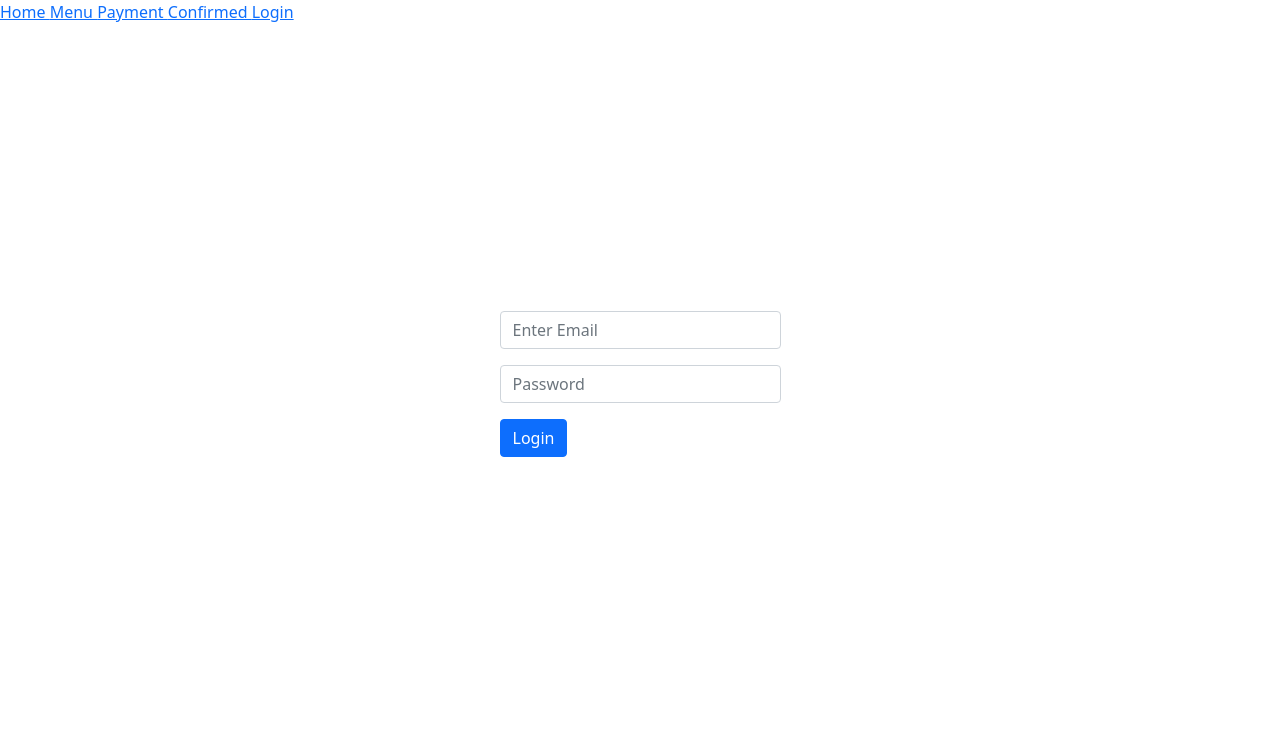
Repository: JoshuaN18/restaurantPOS
Page: /login (app in Frontend/)
The author's editor kept a copy of each file at every save. The page is drawn from the files as they stood at one save, then again after the next save.
The browser window is 1280 px wide. The pictures show the whole page.
The project was rebuilt for these pictures with package versions that can differ from the ones it lists, and the page was loaded fresh each time. Also part of the build but not shown: Frontend/src/pages/Homepage.css, Frontend/src/pages/Homepage.js, Frontend/src/pages/Menu.js, Frontend/src/pages/Payment.js, Frontend/src/pages/Confirmation.js.

Above is the page before, as saved 2022-07-30 16:21:59.

### Frontend/public/index.html
<!DOCTYPE html>
<html lang="en">
  <head>
    <meta charset="utf-8" />
    <link rel="icon" href="%PUBLIC_URL%/favicon.ico" />
    <meta name="viewport" content="width=device-width, initial-scale=1" />
    <meta name="theme-color" content="#000000" />
    <meta
      name="description"
      content="Web site created using create-react-app"
    />
    <link rel="apple-touch-icon" href="%PUBLIC_URL%/logo192.png" />
    <!--
      manifest.json provides metadata used when your web app is installed on a
      user's mobile device or desktop. See https://developers.google.com/web/fundamentals/web-app-manifest/
    -->
    <link rel="manifest" href="%PUBLIC_URL%/manifest.json" />
    <!--
      Notice the use of %PUBLIC_URL% in the tags above.
      It will be replaced with the URL of the `public` folder during the build.
      Only files inside the `public` folder can be referenced from the HTML.

      Unlike "/favicon.ico" or "favicon.ico", "%PUBLIC_URL%/favicon.ico" will
      work correctly both with client-side routing and a non-root public URL.
      Learn how to configure a non-root public URL by running `npm run build`.
    -->
    <title>React App</title>
  </head>
  <body>
    <noscript>You need to enable JavaScript to run this app.</noscript>
    <div id="root"></div>
    <link href="https://cdn.jsdelivr.net/npm/bootstrap@5.1.3/dist/css/bootstrap.min.css" rel="stylesheet" integrity="sha384-1BmE4kWBq78iYhFldvKuhfTAU6auU8tT94WrHftjDbrCEXSU1oBoqyl2QvZ6jIW3" crossorigin="anonymous">
    <script src="https://cdn.jsdelivr.net/npm/bootstrap@5.1.3/dist/js/bootstrap.bundle.min.js" integrity="sha384-ka7Sk0Gln4gmtz2MlQnikT1wXgYsOg+OMhuP+IlRH9sENBO0LRn5q+8nbTov4+1p" crossorigin="anonymous"></script>
    <!--
      This HTML file is a template.
      If you open it directly in the browser, you will see an empty page.

      You can add webfonts, meta tags, or analytics to this file.
      The build step will place the bundled scripts into the <body> tag.

      To begin the development, run `npm start` or `yarn start`.
      To create a production bundle, use `npm run build` or `yarn build`.
    -->
  </body>
</html>

### Frontend/src/App.js
import './App.css';
import {BrowserRouter as Router, Routes, Route, Link} from 'react-router-dom';
import Homepage from './pages/Homepage';
import Menu from './pages/Menu';
import Payment from './pages/Payment';
import Confirmation from './pages/Confirmation';
import Login from './pages/Login';

function App() {
  return (
   //nav class is temporary. needed for testing purposes.
   <body className='text-white'>
   <Router>
    <nav>
      <Link to="/">Home </Link>
      <Link to="/menu">Menu </Link>
      <Link to="/payment">Payment </Link>
      <Link to="/confirmed">Confirmed </Link>
      <Link to="/login">Login </Link>
    </nav>
    <Routes>
      <Route path="/"element={<Homepage/>}/>
      <Route path="/menu"element={<Menu/>}/>
      <Route path="/payment"element={<Payment/>}/>
      <Route path="/confirmed"element={<Confirmation/>}/>
      <Route path="/login"element={<Login/>}/>
    </Routes>

   </Router>
  </body>
  );
}

export default App;

### Frontend/src/App.css
body {
  margin:0;
  padding:0;
}

### Frontend/src/pages/Login.js
import React from 'react'
import {Button, Col, Container, Form, Row} from "react-bootstrap"

const Login = () => {
  return (
    // div styling taken from stackoverflow, can adjust later
    <div className="p-3" style={{display: 'flex',  justifyContent:'center', alignItems:'center', height: '100vh'}}>

        <Row>
          <Col lg={12} md={6} sm={12}>
            <Form>
              <Form.Group className="mb-3"controlID="formBasicEmail">
                <Form.Control type="email" placeholder="Enter Email"/>
              </Form.Group>
              <Form.Group className="mb-3" controlID="formBasicPassword">
                <Form.Control type="password" placeholder="Password"/>
              </Form.Group>
              <Button variant="primary btn-block" type="submit">Login</Button>
            </Form>
          </Col>
          <Col lg={4} md={6} sm={12}>
          </Col>
        </Row>
    </div>
    // <>
    //    <Container className="mt-5">
        // <Row>
        //   <Col lg={4} md={6} sm={12}>
        //     <Form>
        //       <Form.Group controlID="formBasicEmail">
        //         <Form.Control type="email" placeholder="Enter Email"/>
        //       </Form.Group>
        //       <Form.Group controlID="formBasicPassword">
        //         <Form.Control type="password" placeholder="Password"/>
        //       </Form.Group>

        //       <Button variant="primary btn-block" type="submit">Login</Button>
        //     </Form>
        //   </Col>

        //   <Col lg={4} md={6} sm={12}>
        //   </Col>
        // </Row>
    //   </Container>

    // </>

  )
}

export default Login

Loaded but not shown: Frontend/src/index.js (common file); Frontend/src/index.css (common file)

After the next save:
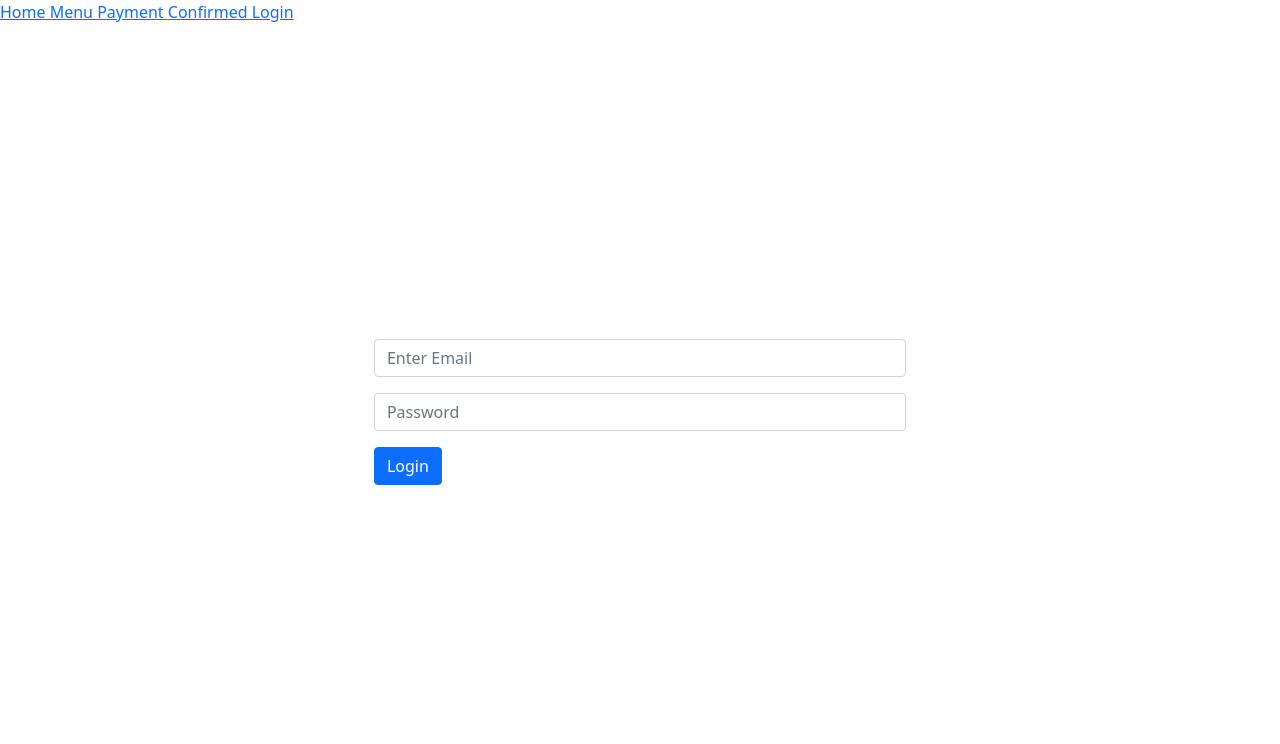
Saved 38 s later.
--- a/Frontend/src/pages/Login.js
+++ b/Frontend/src/pages/Login.js
@@ -7,6 +7,7 @@ const Login = () => {
     <div className="p-3" style={{display: 'flex',  justifyContent:'center', alignItems:'center', height: '100vh'}}>
 
         <Row>
+          <h1>Admin login</h1>
           <Col lg={12} md={6} sm={12}>
             <Form>
               <Form.Group className="mb-3"controlID="formBasicEmail">
